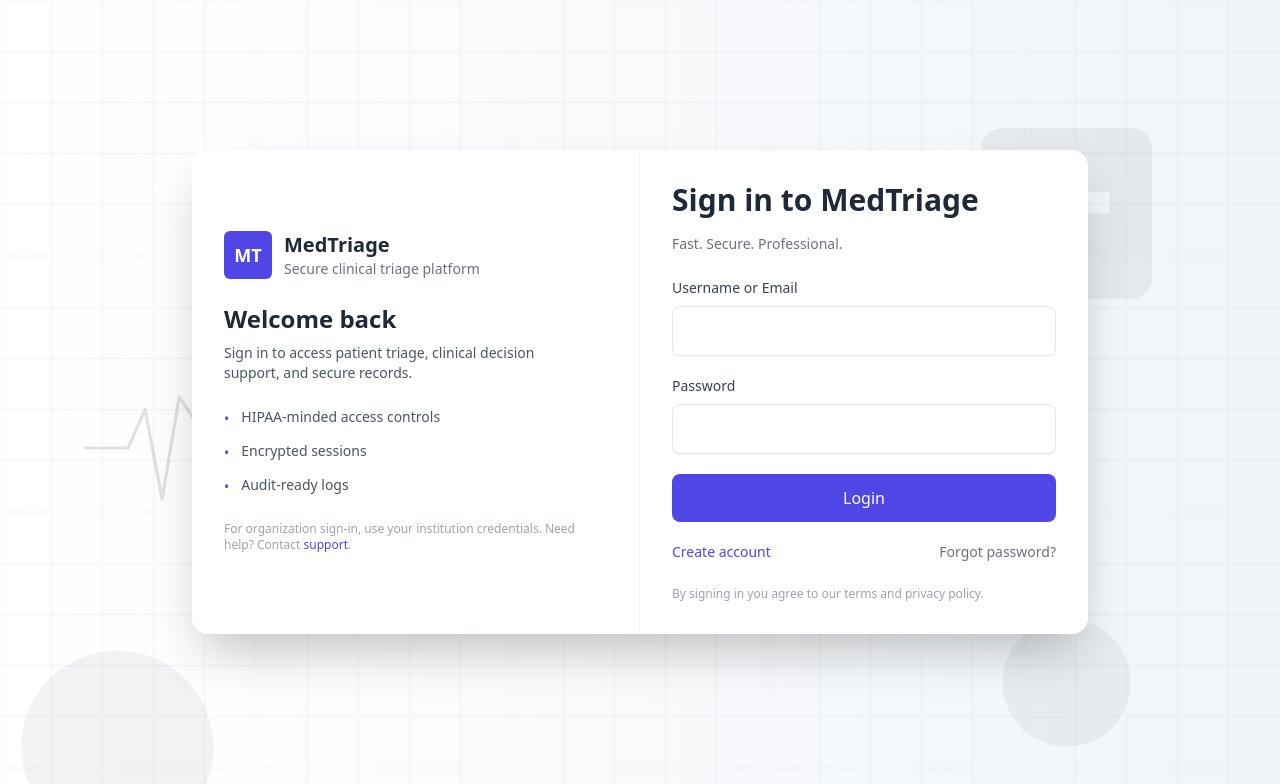
Repository: shakin-shahria/MedTriage-
Page: / (app in frontend/)
The author's editor kept a copy of each file at every save. The page is drawn from the files as they stood at one save, then again after a run of saves.
The browser window is 1280 px wide. The pictures show the whole page.
The project was rebuilt for these pictures with package versions that can differ from the ones it lists, and the page was loaded fresh each time. Also part of the build but not shown: frontend/vite.config.js, frontend/src/Register.jsx, frontend/src/Profile.jsx, frontend/src/Admin.jsx, frontend/src/AdminDashboard.jsx, frontend/src/HeartTriage.jsx.

Above is the page before, as saved 2025-10-15 11:50:12.

### frontend/index.html
<!doctype html>
<html>
  <head>
    <meta charset="utf-8" />
    <meta name="viewport" content="width=device-width, initial-scale=1.0" />
    <title>MedTriage Demo</title>
  </head>
  <body>
    <div id="root"></div>
    <script type="module" src="/src/main.jsx"></script>
  </body>
</html>

### frontend/src/index.css
@tailwind base;
@tailwind components;
@tailwind utilities;

body { font-family: ui-sans-serif, system-ui, -apple-system, 'Segoe UI', Roboto, 'Helvetica Neue', Arial }

### frontend/src/Login.jsx
import React, { useState } from 'react'
import { useNavigate, Link } from 'react-router-dom'

export default function Login() {
  const [form, setForm] = useState({ username_or_email: '', password: '' })
  const [loading, setLoading] = useState(false)
  const [error, setError] = useState(null)
  const navigate = useNavigate()

  const handleChange = (e) => {
    setForm({ ...form, [e.target.name]: e.target.value })
  }

  const handleSubmit = async (e) => {
    e.preventDefault()
    setLoading(true)
    setError(null)
    try {
      const res = await fetch('http://127.0.0.1:8000/auth/login', {
        method: 'POST',
        headers: { 'Content-Type': 'application/json' },
        body: JSON.stringify(form),
      })
      if (!res.ok) throw new Error(`Login failed: ${res.status}`)
      const data = await res.json()
      localStorage.setItem('token', data.access_token)
      // Notify other components that auth state changed
      window.dispatchEvent(new Event('auth-change'))
      // After storing the token, probe the profile endpoint to detect the
      // user's role so admins can be sent straight to the Admin dashboard.
      try {
        const profileRes = await fetch('http://127.0.0.1:8000/auth/profile', {
          headers: { 'Authorization': `Bearer ${data.access_token}` },
        })
        if (profileRes.ok) {
          const profile = await profileRes.json()
          if (profile.role === 'admin') {
              // Persist admin token for Admin UI convenience and replace history so back doesn't go to login
              try { localStorage.setItem('medtriage_admin_token', `Bearer ${data.access_token}`) } catch (e) {}
              navigate('/admin-dashboard', { replace: true })
            return
          }
        }
      } catch (e) {
        // ignore profile fetch errors and fall back to profile page
      }

      navigate('/profile')
    } catch (err) {
      setError(err.message)
    } finally {
      setLoading(false)
    }
  }

  return (
    <>
      {/* Diagnostic-themed background SVG: faint grid + ECG waveform + medical icons */}
      <svg aria-hidden="true" className="fixed inset-0 pointer-events-none" preserveAspectRatio="none" xmlns="http://www.w3.org/2000/svg" viewBox="0 0 1200 800">
        <defs>
          <linearGradient id="ecgGrad" x1="0" x2="1">
            <stop offset="0%" stopColor="#ffffff" />
            <stop offset="100%" stopColor="#f1f5f9" />
          </linearGradient>
        </defs>
        <rect width="1200" height="800" fill="url(#ecgGrad)" />

        {/* faint clinical grid */}
        <g stroke="#0f172a" strokeWidth="1" opacity="0.04">
          {Array.from({ length: 25 }).map((_, i) => {
            const x = i * 48
            return <line key={`vx-${i}`} x1={x} y1={0} x2={x} y2={800} />
          })}
          {Array.from({ length: 17 }).map((_, i) => {
            const y = i * 48
            return <line key={`hy-${i}`} x1={0} y1={y} x2={1200} y2={y} />
          })}
        </g>

        {/* ECG waveform path - low contrast and centered */}
        <g transform="translate(80,420)" stroke="#0f172a" strokeWidth="3" fill="none" opacity="0.12">
          <path d="M0 0 L40 0 L56 -36 L72 48 L88 -48 L120 0 L200 0 L216 -24 L232 12 L248 -60 L280 0 L360 0 L376 -20 L392 8 L408 -40 L444 0 L520 0 L560 -50 L600 60 L640 -20 L680 0 L760 0" strokeLinecap="round" strokeLinejoin="round" />
        </g>

        {/* small medical icons (cross, stethoscope circle) */}
        <g transform="translate(920,120)" opacity="0.06" fill="#0f172a">
          <rect x="0" y="0" width="160" height="160" rx="20" />
          <g transform="translate(40,40)" fill="#fff">
            <rect x="30" y="0" width="20" height="60" rx="3" />
            <rect x="0" y="20" width="80" height="20" rx="3" />
          </g>
        </g>

        {/* subtle pulse circles */}
        <g opacity="0.05" fill="#0f172a">
          <circle cx="1000" cy="640" r="60" />
          <circle cx="110" cy="700" r="90" />
        </g>
      </svg>

      <div className="min-h-screen flex items-center justify-center py-12 px-4 bg-transparent relative overflow-hidden">

      <div className="relative z-10 max-w-4xl w-full bg-white rounded-2xl shadow-2xl overflow-hidden grid grid-cols-1 md:grid-cols-2">
        {/* Left: Professional brand panel (replaces cartoon SVG) */}
        <div className="bg-white p-8 flex flex-col items-start justify-center space-y-6 border-r border-gray-100">
          <div className="flex items-center space-x-3">
            {/* Simple logo mark */}
            <div className="w-12 h-12 flex items-center justify-center rounded-md bg-indigo-600 text-white font-bold text-lg">MT</div>
            <div>
              <h2 className="text-xl font-semibold text-gray-800">MedTriage</h2>
              <p className="text-sm text-gray-500">Secure clinical triage platform</p>
            </div>
          </div>

          <div className="w-full max-w-xs">
            <h3 className="text-2xl font-semibold text-gray-800">Welcome back</h3>
            <p className="mt-2 text-sm text-gray-600">Sign in to access patient triage, clinical decision support, and secure records.</p>

            <ul className="mt-6 space-y-3 text-sm text-gray-600">
              <li className="flex items-start">
                <span className="mr-3 text-indigo-600 mt-0.5">•</span>
                <span>HIPAA-minded access controls</span>
              </li>
              <li className="flex items-start">
                <span className="mr-3 text-indigo-600 mt-0.5">•</span>
                <span>Encrypted sessions</span>
              </li>
              <li className="flex items-start">
                <span className="mr-3 text-indigo-600 mt-0.5">•</span>
                <span>Audit-ready logs</span>
              </li>
            </ul>
          </div>

          <div className="mt-4 text-xs text-gray-400">
            <p>For organization sign-in, use your institution credentials. Need help? Contact <a href="mailto:support@medtriage.example" className="text-indigo-600">support</a>.</p>
          </div>
        </div>

        {/* Right: Form */}
        <div className="p-8 flex items-center justify-center">
          <div className="w-full max-w-md">
            <h1 className="text-3xl font-bold text-gray-800 mb-4">Sign in to MedTriage</h1>
            <p className="text-sm text-gray-500 mb-6">Fast. Secure. Professional.</p>
            <form onSubmit={handleSubmit} className="space-y-5">
              <div>
                <label htmlFor="username_or_email" className="block text-sm font-medium text-gray-700 mb-2">Username or Email</label>
                <input
                  id="username_or_email"
                  type="text"
                  name="username_or_email"
                  value={form.username_or_email}
                  onChange={handleChange}
                  className="w-full p-3 border border-gray-200 rounded-lg shadow-sm focus:ring-2 focus:ring-indigo-400 focus:border-transparent"
                  required
                />
              </div>
              <div>
                <label htmlFor="password" className="block text-sm font-medium text-gray-700 mb-2">Password</label>
                <input
                  id="password"
                  type="password"
                  name="password"
                  value={form.password}
                  onChange={handleChange}
                  className="w-full p-3 border border-gray-200 rounded-lg shadow-sm focus:ring-2 focus:ring-indigo-400 focus:border-transparent"
                  required
                />
              </div>
              {error && <p className="text-red-600 text-sm">{error}</p>}
              <button
                type="submit"
                disabled={loading}
                className="w-full px-6 py-3 bg-indigo-600 text-white rounded-lg font-medium hover:bg-indigo-700 disabled:opacity-50 transition-colors"
              >
                {loading ? 'Logging in...' : 'Login'}
              </button>

              <div className="flex items-center justify-between text-sm text-gray-500">
                <Link to="/register" className="text-indigo-600 hover:underline">Create account</Link>
                <a href="#" className="hover:underline">Forgot password?</a>
              </div>
            </form>
            <p className="mt-6 text-xs text-gray-400">By signing in you agree to our terms and privacy policy.</p>
          </div>
        </div>
      </div>
    </div>
    </>
  )
}

Loaded but not shown: frontend/src/main.jsx (common file); frontend/tailwind.config.cjs (common file); frontend/src/App.jsx (373 lines, source omitted)

After the next 2 saves:
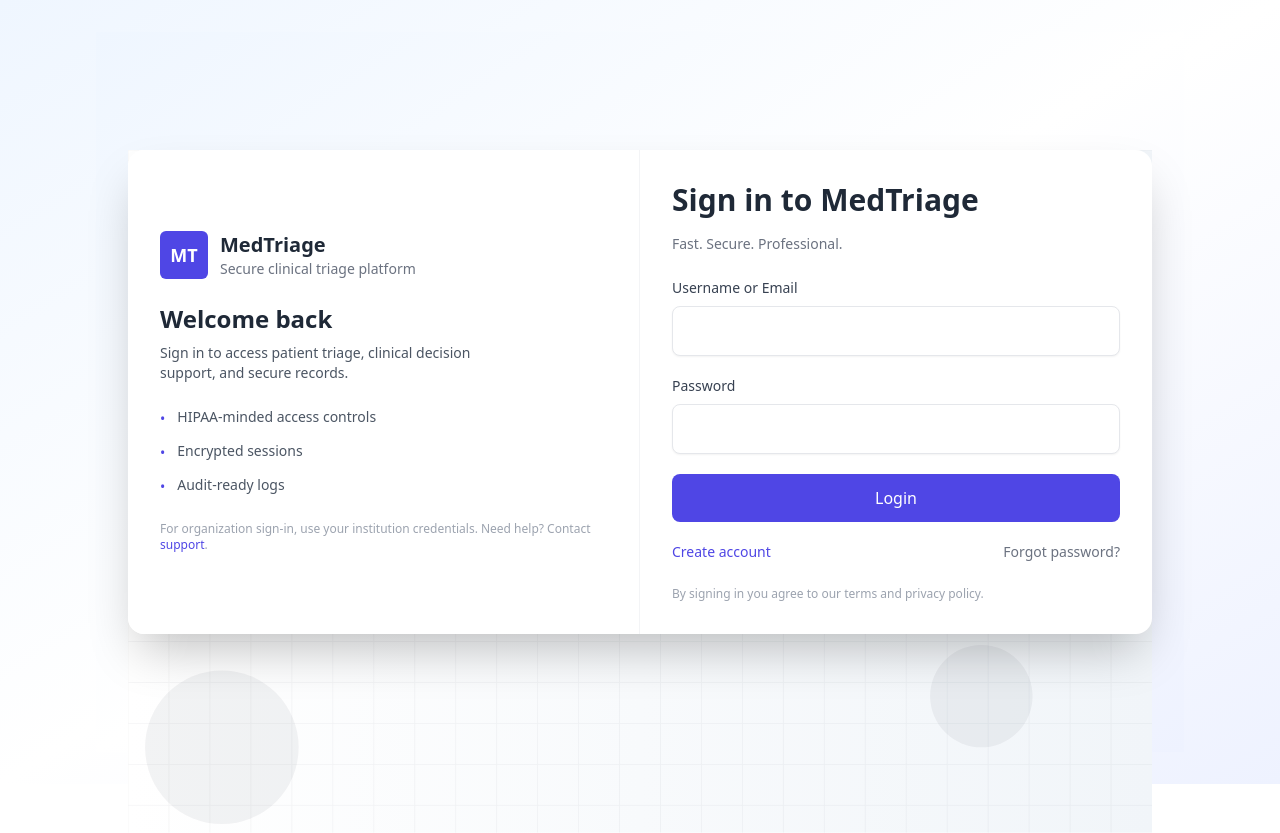
The 2 saves are shown as one change because 1 did not build or start.
The last was saved 2 min 59 s later.
--- a/frontend/src/Login.jsx
+++ b/frontend/src/Login.jsx
@@ -56,51 +56,51 @@ export default function Login() {
   return (
     <>
       {/* Diagnostic-themed background SVG: faint grid + ECG waveform + medical icons */}
-      <svg aria-hidden="true" className="fixed inset-0 pointer-events-none" preserveAspectRatio="none" xmlns="http://www.w3.org/2000/svg" viewBox="0 0 1200 800">
-        <defs>
-          <linearGradient id="ecgGrad" x1="0" x2="1">
-            <stop offset="0%" stopColor="#ffffff" />
-            <stop offset="100%" stopColor="#f1f5f9" />
-          </linearGradient>
-        </defs>
-        <rect width="1200" height="800" fill="url(#ecgGrad)" />
+      <div className="min-h-screen bg-gradient-to-br from-blue-50 via-white to-indigo-50 flex items-center justify-center py-12 px-4 sm:px-6 lg:px-8">
+        <div className="relative w-full max-w-6xl">
+          <svg aria-hidden="true" className="absolute inset-0 pointer-events-none" preserveAspectRatio="none" xmlns="http://www.w3.org/2000/svg" viewBox="0 0 1200 800">
+            <defs>
+              <linearGradient id="ecgGrad" x1="0" x2="1">
+                <stop offset="0%" stopColor="#ffffff" />
+                <stop offset="100%" stopColor="#f1f5f9" />
+              </linearGradient>
+            </defs>
+            <rect width="1200" height="800" fill="url(#ecgGrad)" />
 
-        {/* faint clinical grid */}
-        <g stroke="#0f172a" strokeWidth="1" opacity="0.04">
-          {Array.from({ length: 25 }).map((_, i) => {
-            const x = i * 48
-            return <line key={`vx-${i}`} x1={x} y1={0} x2={x} y2={800} />
-          })}
-          {Array.from({ length: 17 }).map((_, i) => {
-            const y = i * 48
-            return <line key={`hy-${i}`} x1={0} y1={y} x2={1200} y2={y} />
-          })}
-        </g>
+            {/* faint clinical grid */}
+            <g stroke="#0f172a" strokeWidth="1" opacity="0.04">
+              {Array.from({ length: 25 }).map((_, i) => {
+                const x = i * 48
+                return <line key={`vx-${i}`} x1={x} y1={0} x2={x} y2={800} />
+              })}
+              {Array.from({ length: 17 }).map((_, i) => {
+                const y = i * 48
+                return <line key={`hy-${i}`} x1={0} y1={y} x2={1200} y2={y} />
+              })}
+            </g>
 
-        {/* ECG waveform path - low contrast and centered */}
-        <g transform="translate(80,420)" stroke="#0f172a" strokeWidth="3" fill="none" opacity="0.12">
-          <path d="M0 0 L40 0 L56 -36 L72 48 L88 -48 L120 0 L200 0 L216 -24 L232 12 L248 -60 L280 0 L360 0 L376 -20 L392 8 L408 -40 L444 0 L520 0 L560 -50 L600 60 L640 -20 L680 0 L760 0" strokeLinecap="round" strokeLinejoin="round" />
-        </g>
+            {/* ECG waveform path - low contrast and centered */}
+            <g transform="translate(80,420)" stroke="#0f172a" strokeWidth="3" fill="none" opacity="0.12">
+              <path d="M0 0 L40 0 L56 -36 L72 48 L88 -48 L120 0 L200 0 L216 -24 L232 12 L248 -60 L280 0 L360 0 L376 -20 L392 8 L408 -40 L444 0 L520 0 L560 -50 L600 60 L640 -20 L680 0 L760 0" strokeLinecap="round" strokeLinejoin="round" />
+            </g>
 
-        {/* small medical icons (cross, stethoscope circle) */}
-        <g transform="translate(920,120)" opacity="0.06" fill="#0f172a">
-          <rect x="0" y="0" width="160" height="160" rx="20" />
-          <g transform="translate(40,40)" fill="#fff">
-            <rect x="30" y="0" width="20" height="60" rx="3" />
-            <rect x="0" y="20" width="80" height="20" rx="3" />
-          </g>
-        </g>
+            {/* small medical icons (cross, stethoscope circle) */}
+            <g transform="translate(920,120)" opacity="0.06" fill="#0f172a">
+              <rect x="0" y="0" width="160" height="160" rx="20" />
+              <g transform="translate(40,40)" fill="#fff">
+                <rect x="30" y="0" width="20" height="60" rx="3" />
+                <rect x="0" y="20" width="80" height="20" rx="3" />
+              </g>
+            </g>
 
-        {/* subtle pulse circles */}
-        <g opacity="0.05" fill="#0f172a">
-          <circle cx="1000" cy="640" r="60" />
-          <circle cx="110" cy="700" r="90" />
-        </g>
-      </svg>
+            {/* subtle pulse circles */}
+            <g opacity="0.05" fill="#0f172a">
+              <circle cx="1000" cy="640" r="60" />
+              <circle cx="110" cy="700" r="90" />
+            </g>
+          </svg>
 
-      <div className="min-h-screen flex items-center justify-center py-12 px-4 bg-transparent relative overflow-hidden">
-
-      <div className="relative z-10 max-w-4xl w-full bg-white rounded-2xl shadow-2xl overflow-hidden grid grid-cols-1 md:grid-cols-2">
+          <div className="relative z-10 w-full bg-white rounded-2xl shadow-2xl overflow-hidden grid grid-cols-1 md:grid-cols-2">
         {/* Left: Professional brand panel (replaces cartoon SVG) */}
         <div className="bg-white p-8 flex flex-col items-start justify-center space-y-6 border-r border-gray-100">
           <div className="flex items-center space-x-3">
@@ -185,7 +185,8 @@ export default function Login() {
           </div>
         </div>
       </div>
-    </div>
+        </div>
+      </div>
     </>
   )
 }
